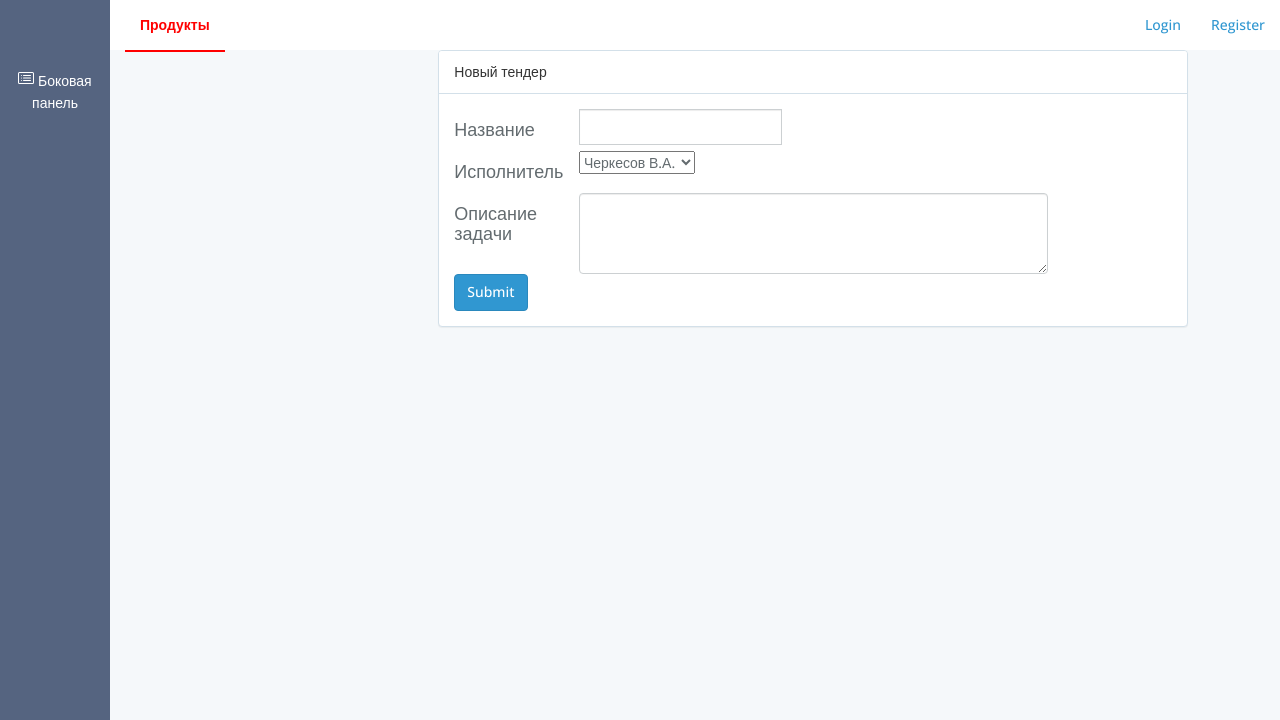
Repository: blackjack043/laravel-crud
Page: resources/views/page2.blade.php
The author's editor kept a copy of each file at every save. The page is drawn from the files as they stood at one save, then again after the next save.
The browser window is 1280 px wide. The pictures show the whole page.
Some web fonts or font styles are not loaded; a fallback is used. The page is served by the project's Laravel application, run on PHP 8.4 with Laravel 8. Other server files are loaded and not shown. The template is opened directly, without the code that normally fills it, so the values that code supplies are empty.

Above is the page before, as saved 2022-03-06 21:46:29.

### routes/web.php
<?php

/*
|--------------------------------------------------------------------------
| Web Routes
|--------------------------------------------------------------------------
|
| Here is where you can register web routes for your application. These
| routes are loaded by the RouteServiceProvider within a group which
| contains the "web" middleware group. Now create something great!
|
*/
use Illuminate\Http\Request;
use App\Contact12;


Route::get('/', function () {
    return view('welcome');
});

Route::get('/page2', function () {
    return view('page2');
});



Route::post('/profile', 'ContactController@submit');

Auth::routes();

Route::get('/home', 'HomeController@index');

Auth::routes();

Route::get('/home', 'HomeController@index');

### resources/views/page2.blade.php
@extends('layouts.app2')

@section('content')
<div class="container">
    <div class="row">
        <div class="col-md-8 col-md-offset-2">
            <div class="panel panel-default">
                <div class="panel-heading">Новый тендер</div>
                <div class="panel-body">


        @if($errors->any())
            <div style=>
            @foreach ($errors->all() as $error)
            <div >
                {{$error}}
            </div>
            @endforeach
            </div>
         @endif
<form  method="POST" action="/profile">
{{ csrf_field() }}

                <div class="row" >
  <div class="col-md-2" ><h4>Название</h4></div>
  <div class="col-md-10">
<div class="input-group" >
<input type="text" name="label" class="form-control"  aria-describedby="sizing-addon2">
                </div></div>
</div>

<div class="row">
  <div class="col-md-2"><h4>Исполнитель</h4></div>
  <div class="col-md-10">
    <select name="ispolnitel">
    <option value="cherkesov">Черкесов В.А.</option>
    <option value="matancev">Матанцев Е.Р.</option>
    </select>
</div>
</div>

<div class="row">
  <div class="col-md-2"><h4>Описание задачи</h4></div>
  <div class="col-md-8">
		<textarea name="text" class="form-control" rows="3"></textarea>
</div>



</div>
<input type="submit" class="btn btn-primary">
</form>






                </div>
            </div>
        </div>
    </div>
</div>
@endsection

### resources/views/layouts/app2.blade.php
<!DOCTYPE html>
<html lang="en">
<head>
    <meta charset="utf-8">
    <meta http-equiv="X-UA-Compatible" content="IE=edge">
    <meta name="viewport" content="width=device-width, initial-scale=1">
    <link rel="preconnect" href="https://fonts.googleapis.com">
<link rel="preconnect" href="https://fonts.gstatic.com" crossorigin>
<link href="https://fonts.googleapis.com/css2?family=Open+Sans:wght@300;500;700&display=swap" rel="stylesheet">
    <!-- CSRF Token -->
    <meta name="csrf-token" content="{{ csrf_token() }}">

    <title>{{ config('app.name', 'Laravel') }}</title>

    <!-- Styles -->
    <link href="/css/app.css" rel="stylesheet">

    <!-- Scripts -->
    <script>
        window.Laravel = <?php echo json_encode([
            'csrfToken' => csrf_token(),
        ]); ?>
    </script>
</head>
<body style="font-family: 'Open Sans', sans-serif;">
    <div id="app" style="display: flex;">
        <div style="width:200px; height:100vh;background: #556480;color: white; font-size: 14px;text-align: center; padding-top:70px" >

        <svg xmlns="http://www.w3.org/2000/svg" width="16" height="16" fill="currentColor" class="bi bi-card-list" viewBox="0 0 16 16">
  <path d="M14.5 3a.5.5 0 0 1 .5.5v9a.5.5 0 0 1-.5.5h-13a.5.5 0 0 1-.5-.5v-9a.5.5 0 0 1 .5-.5h13zm-13-1A1.5 1.5 0 0 0 0 3.5v9A1.5 1.5 0 0 0 1.5 14h13a1.5 1.5 0 0 0 1.5-1.5v-9A1.5 1.5 0 0 0 14.5 2h-13z"/>
  <path d="M5 8a.5.5 0 0 1 .5-.5h7a.5.5 0 0 1 0 1h-7A.5.5 0 0 1 5 8zm0-2.5a.5.5 0 0 1 .5-.5h7a.5.5 0 0 1 0 1h-7a.5.5 0 0 1-.5-.5zm0 5a.5.5 0 0 1 .5-.5h7a.5.5 0 0 1 0 1h-7a.5.5 0 0 1-.5-.5zm-1-5a.5.5 0 1 1-1 0 .5.5 0 0 1 1 0zM4 8a.5.5 0 1 1-1 0 .5.5 0 0 1 1 0zm0 2.5a.5.5 0 1 1-1 0 .5.5 0 0 1 1 0z"/>
</svg>
<span style="padding-top: 0px"> Боковая панель</span>
       </div>
        <div style="display:inline; ">
        <nav class="" style="height: 50px; background: white; color:#f5f5f5">
            <div class="container">
                <div class="navbar-header">

                </div>

                <div >
                    <!-- Left Side Of Navbar -->
                    <ul class="nav navbar-nav navbar-left">
                        &nbsp;
                        <li style="border-bottom: 2px solid red; color: red"><a href="#" style="color: red; font-weight: bold">Продукты</a></li>
                    </ul>

                    <!-- Right Side Of Navbar -->
                    <ul class="nav navbar-nav navbar-right" style="float:right">
                        <!-- Authentication Links -->
                        @if (Auth::guest())
                            <li><a href="{{ url('/login') }}">Login</a></li>
                            <li><a href="{{ url('/register') }}">Register</a></li>
                        @else
                            <li class="dropdown">
                                <a href="#" class="dropdown-toggle" data-toggle="dropdown" role="button" aria-expanded="false">
                                    {{ Auth::user()->name }} <span class="caret"></span>
                                </a>

                                <ul class="dropdown-menu" role="menu">
                                    <li>
                                        <a href="{{ url('/logout') }}"
                                            onclick="event.preventDefault();
                                                     document.getElementById('logout-form').submit();">
                                            Logout
                                        </a>

                                        <form id="logout-form" action="{{ url('/logout') }}" method="POST" style="display: none;">
                                            {{ csrf_field() }}
                                        </form>
                                    </li>
                                </ul>
                            </li>
                        @endif
                    </ul>
                </div>
            </div>
        </nav>

        @yield('content')
    </div>
    </div>
    <!-- Scripts -->
    <script src="/js/app.js"></script>
</body>
</html>

Loaded but not shown: app/Http/Controllers/Auth/LoginController.php (common file); app/Http/Controllers/Controller.php (common file); public/css/app.css (library); public/js/app.js (library)

After the next save:
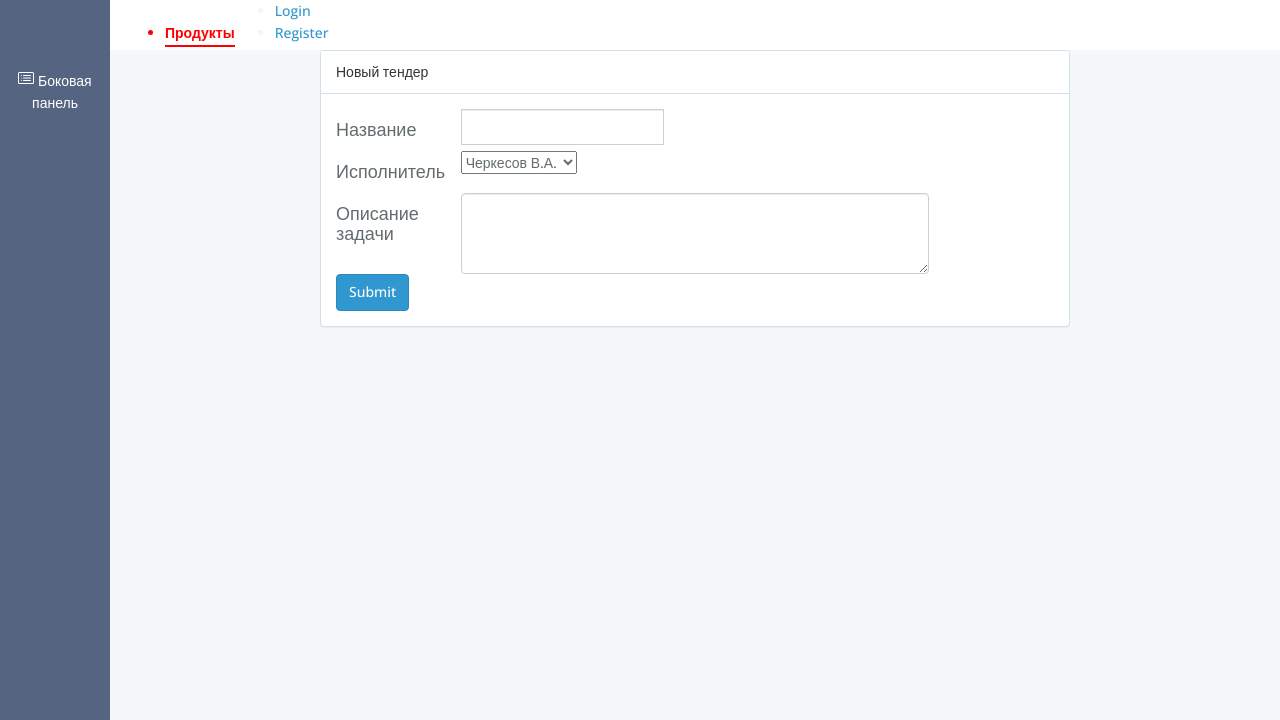
Saved 23 s later.
--- a/resources/views/layouts/app2.blade.php
+++ b/resources/views/layouts/app2.blade.php
@@ -39,15 +39,15 @@
 
                 </div>
 
-                <div >
+                <div style="display: flex;">
                     <!-- Left Side Of Navbar -->
-                    <ul class="nav navbar-nav navbar-left">
+                    <ul class="">
                         &nbsp;
                         <li style="border-bottom: 2px solid red; color: red"><a href="#" style="color: red; font-weight: bold">Продукты</a></li>
                     </ul>
 
                     <!-- Right Side Of Navbar -->
-                    <ul class="nav navbar-nav navbar-right" style="float:right">
+                    <ul class="" style="float:right">
                         <!-- Authentication Links -->
                         @if (Auth::guest())
                             <li><a href="{{ url('/login') }}">Login</a></li>
